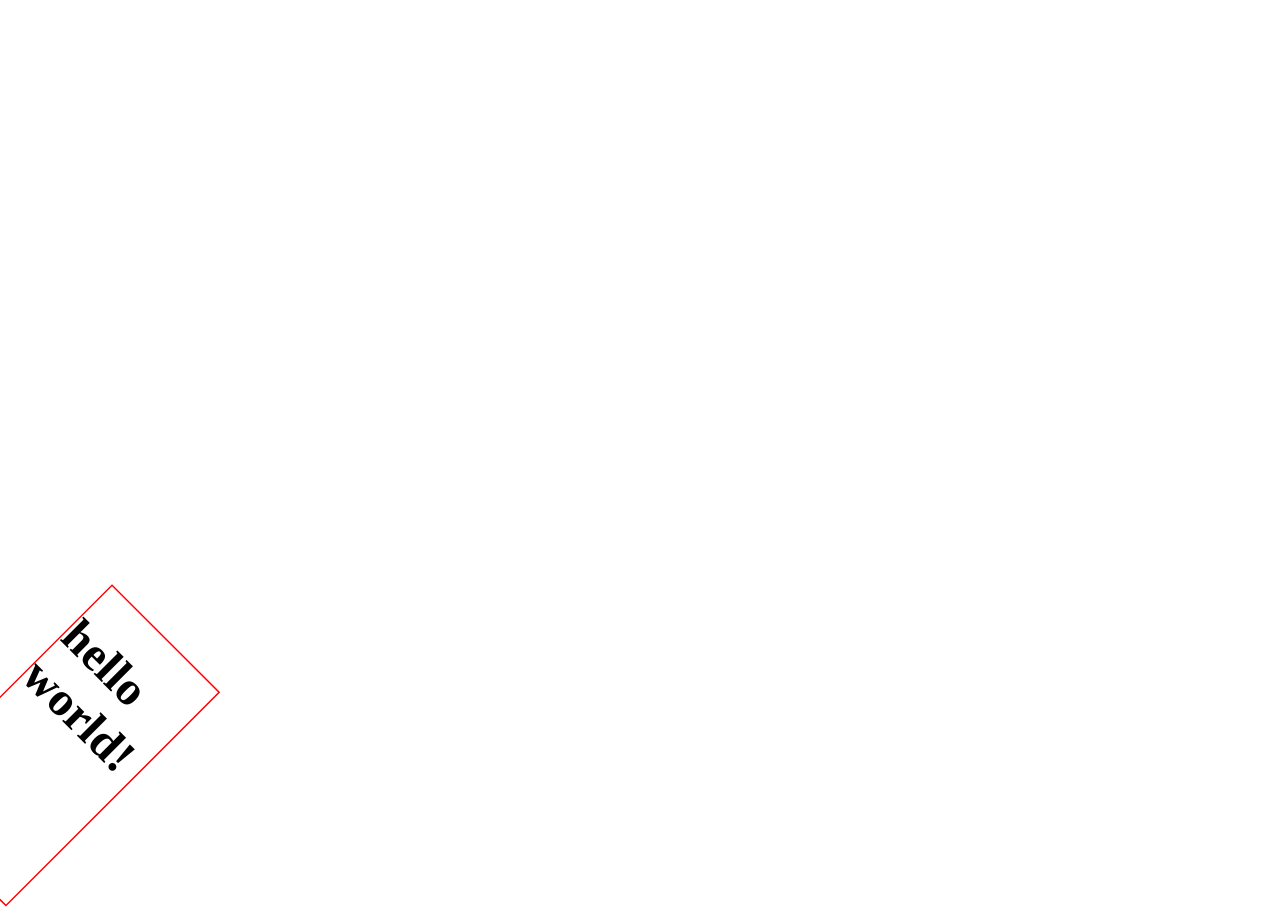
Repository: XiaoSheng-hub/vue_study
Page: css基础/Demo09.html
The author's editor kept a copy of each file at every save. The page is drawn from the files as they stood at one save, then again after the next save.
The browser window is 1280 px wide. The pictures show the whole page.

Above is the page before, as saved 2022-03-29 13:54:40.

After the next save:
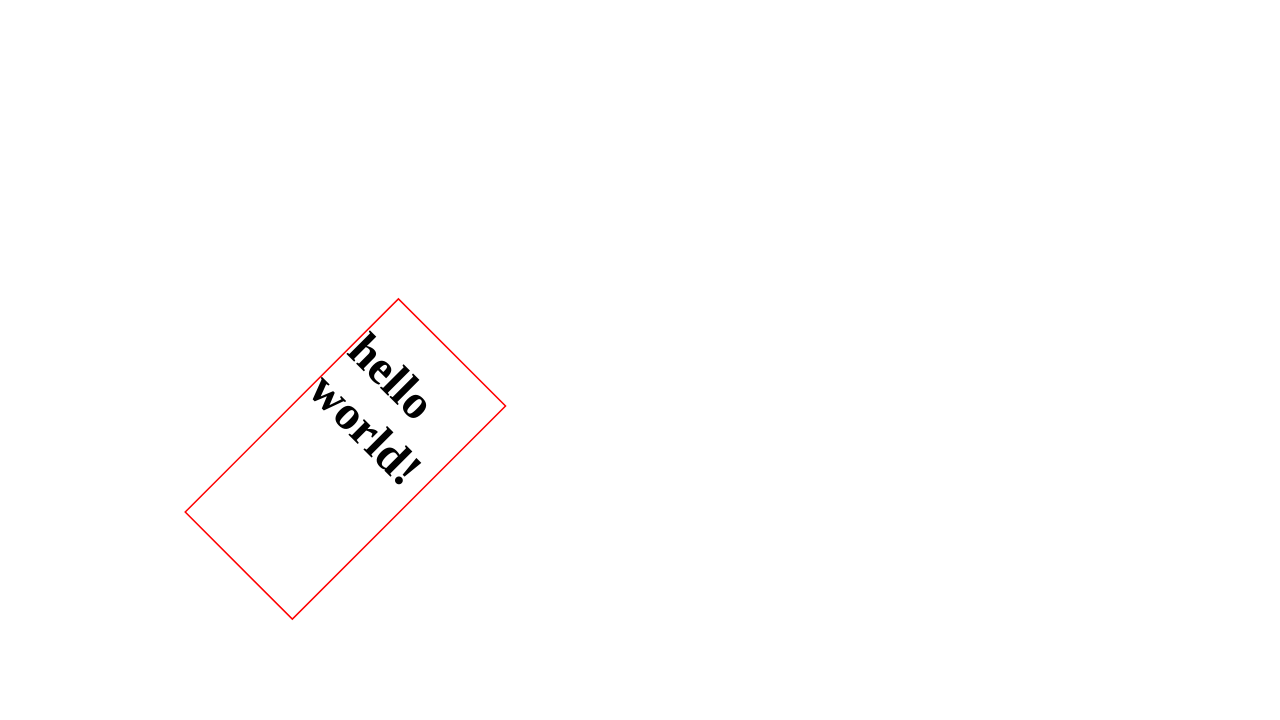
Saved 12 s later.
--- a/css基础/Demo09.html
+++ b/css基础/Demo09.html
@@ -12,7 +12,7 @@
             border: 1px solid red;
             /* border-radius: 50px;
             box-shadow: 10px 50px 20px blue; */
-            transform: rotate(45deg) scale(1.5) translate(300px,300px);
+            transform: rotate(45deg) scale(1.5) translate(300px,30px);
         }
     </style>
 </head>
